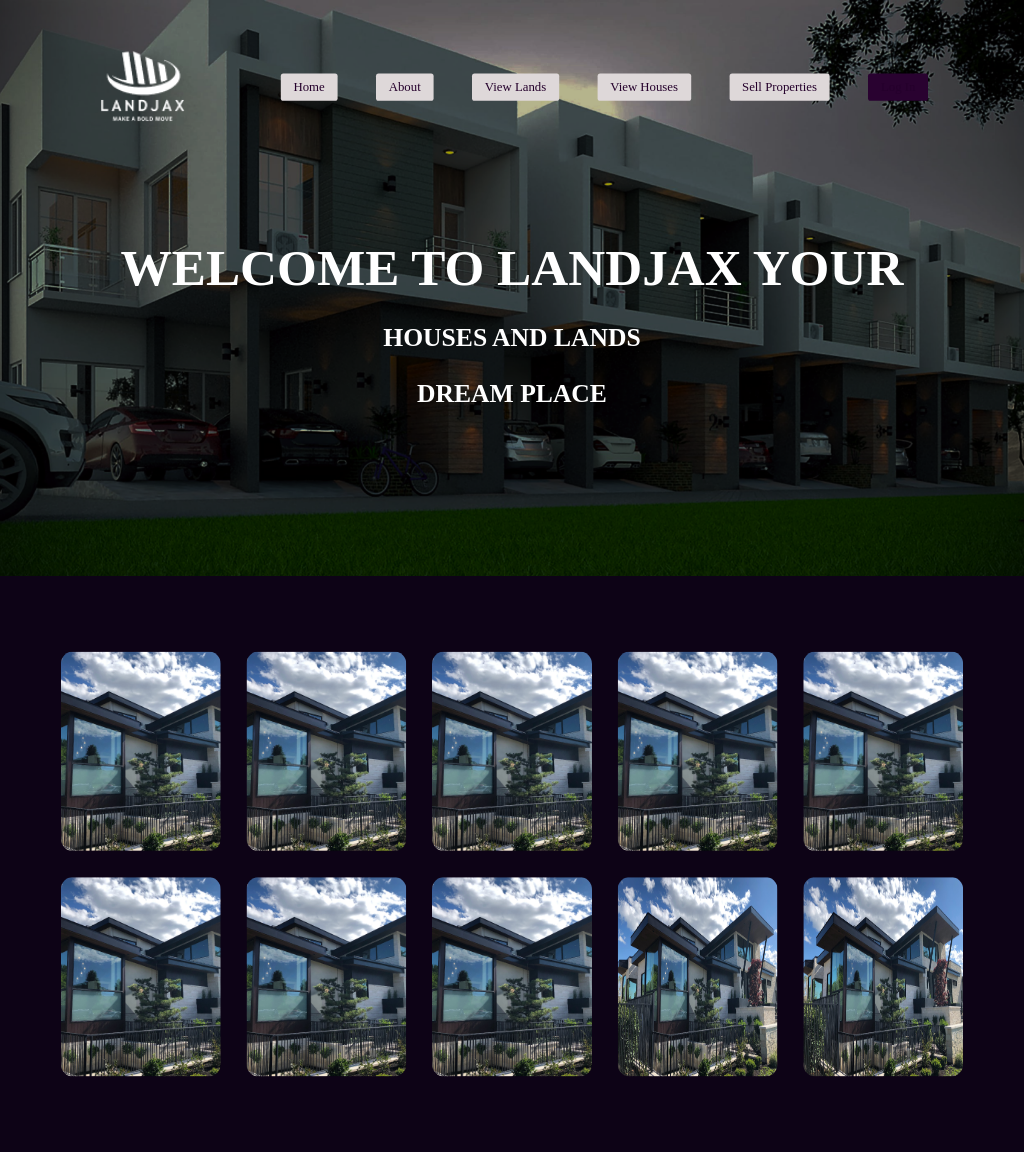
Repository: NorVirae/landjax-frontend
Page: /
The author's editor kept a copy of each file at every save. The page is drawn from the files as they stood at one save, then again after a run of saves.
The browser window is 1280 px wide. The pictures show the whole page, at 80% of full size.
The project was rebuilt for these pictures with package versions that can differ from the ones it lists, and the page was loaded fresh each time. The framework's server and built-in components were replaced by stand-ins that run in the browser. Also part of the build but not shown: next.config.js.

Above is the page before, as saved 2022-07-02 16:04:29.

After the next 2 saves:
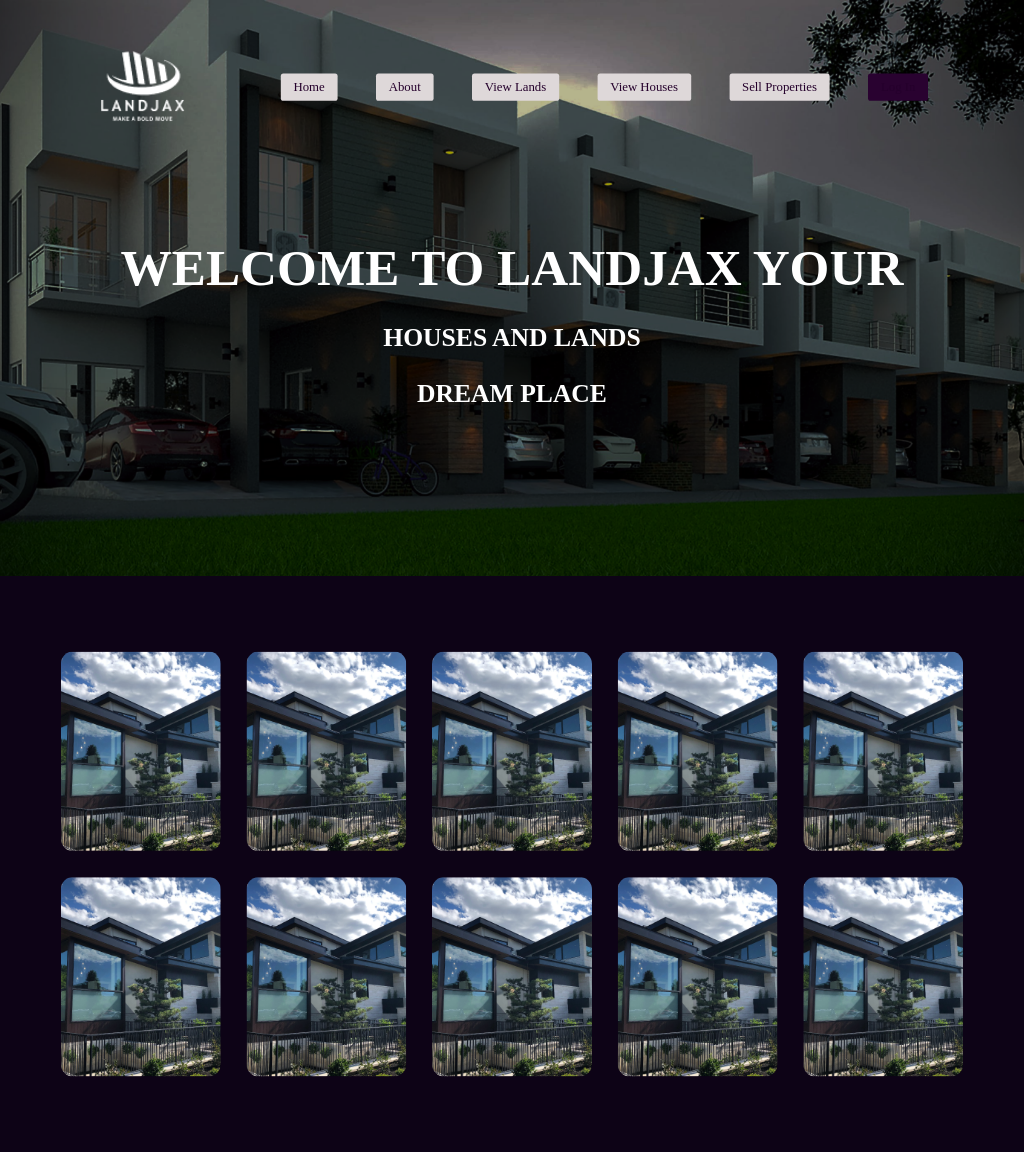
The 2 saves are shown as one change because they came seconds apart.
The last was saved 7 s later.
--- a/pages/index.tsx
+++ b/pages/index.tsx
@@ -38,8 +38,8 @@ const Home = () => {
             <Image src={HouseImg} height={"250rem"} objectFit={"cover"} width="200rem" className='house__image-preview'/>
             <Image src={HouseImg} height={"250rem"} objectFit={"cover"} width="200rem" className='house__image-preview'/>
             <Image src={HouseImg} height={"250rem"} objectFit={"cover"} width="200rem" className='house__image-preview'/>
-            <Image src={HouseImg} height={"250rem"} width="200rem" className='house__image-preview'/>
-            <Image src={HouseImg} height={"250rem"} width="200rem" className='house__image-preview'/>
+            <Image src={HouseImg} height={"250rem"} objectFit={"cover"} width="200rem" className='house__image-preview'/>
+            <Image src={HouseImg} height={"250rem"} objectFit={"cover"} width="200rem" className='house__image-preview'/>
 
           </div>
 
